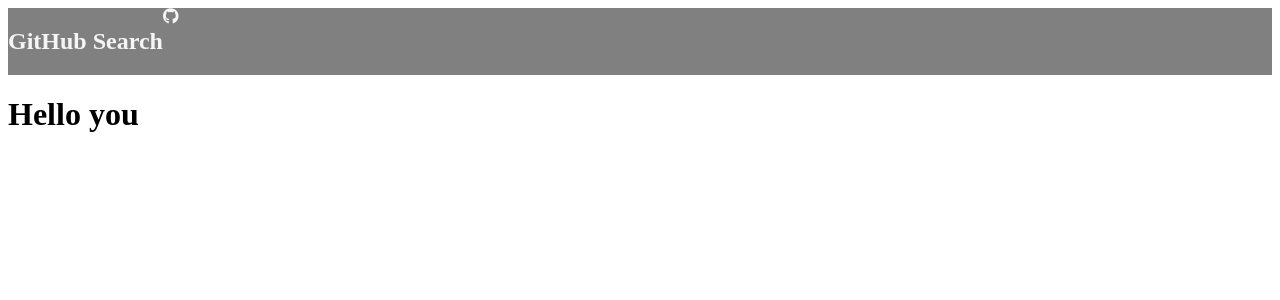
Repository: NickOfRhyme/github-search
Page: /
The author's editor kept a copy of each file at every save. The page is drawn from the files as they stood at one save, then again after the next save.
The browser window is 1280 px wide. The pictures show the whole page.
Some web libraries are served in a nearby version. The project was rebuilt for these pictures with package versions that can differ from the ones it lists, and the page was loaded fresh each time.

Above is the page before, as saved 2020-03-31 16:01:33.

After the next save:
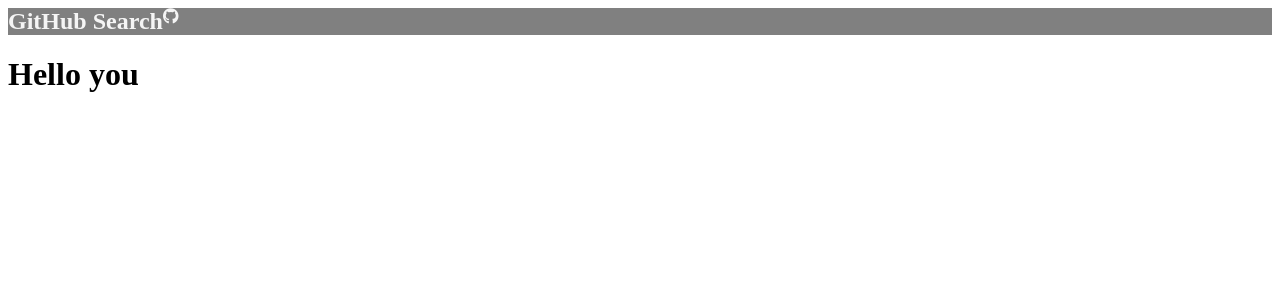
Saved 2 min 2 s later.
--- a/src/App.css
+++ b/src/App.css
@@ -5,3 +5,7 @@
   background-color: gray;
   color: whitesmoke;
 }
+
+.navbar * {
+  margin: 0;
+}
